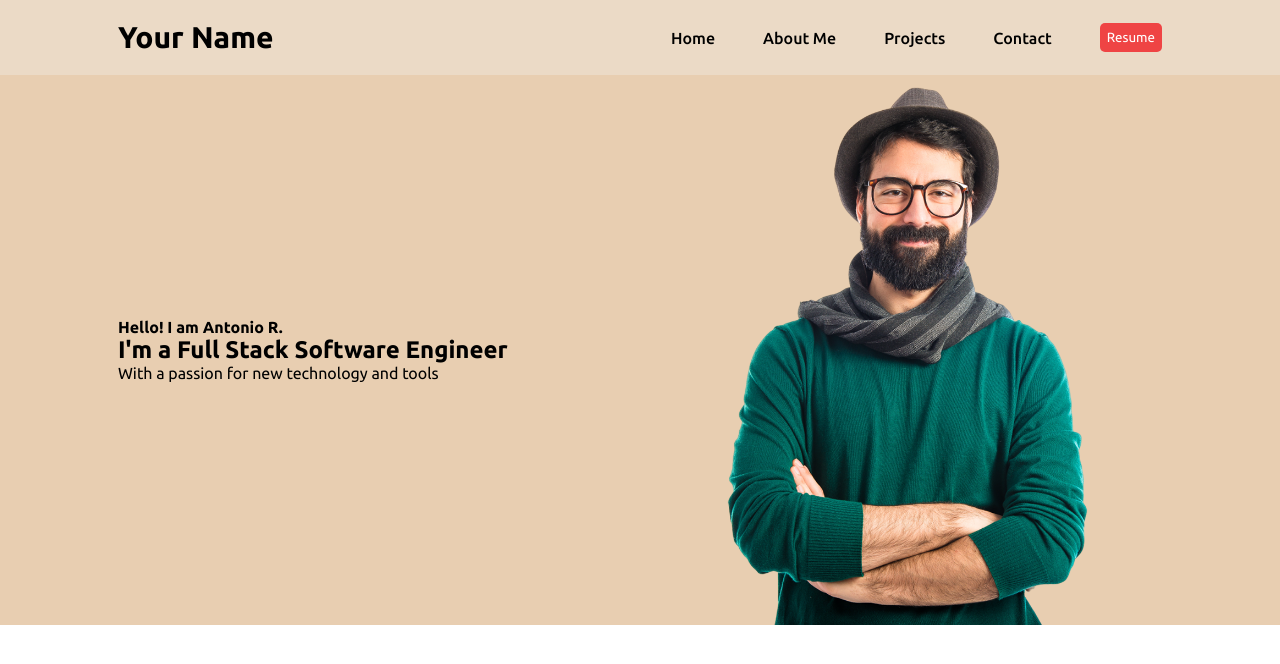
Repository: DevAntonioRogers/vanilla-portfolio
Page: index.html
These files come from the project's save history. The page is drawn as it stood at one moment and after the next save; the edit follows.
The browser window is 1280 px wide. The pictures show the whole page.

Above is the page before, as saved 2023-07-14 22:01:32.

After the next save:
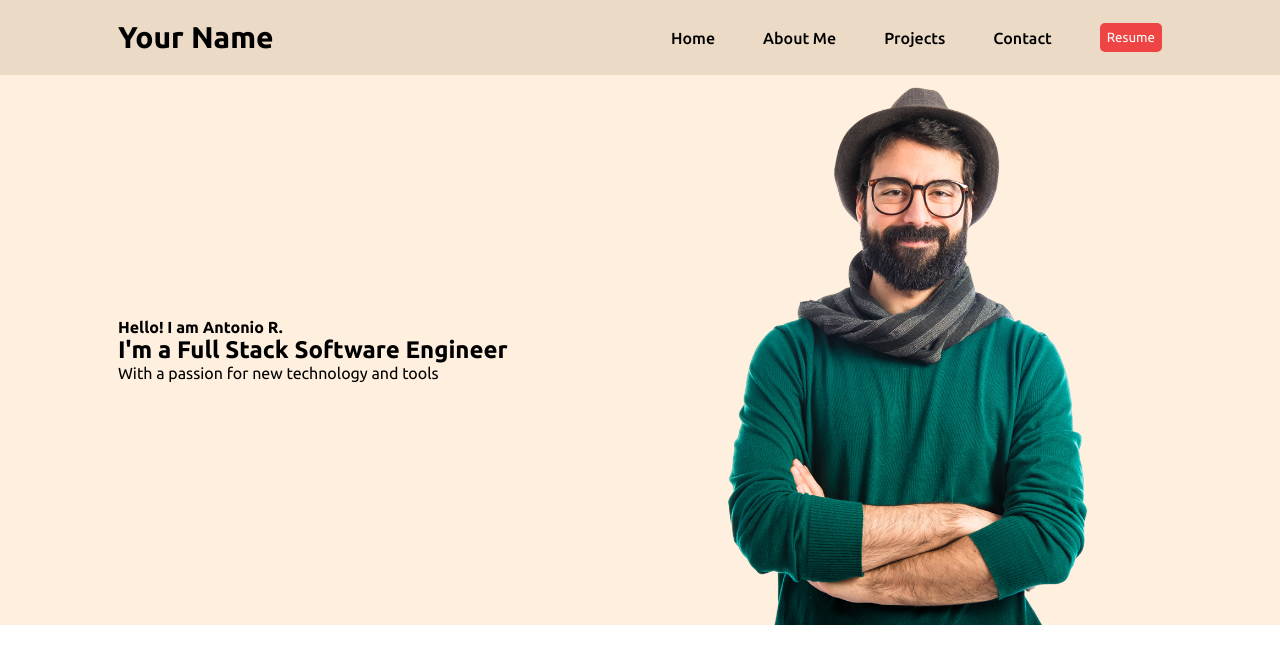
Saved 9 s later.
--- a/style.css
+++ b/style.css
@@ -61,7 +61,7 @@ nav {
 /* HERO STYLES */
 
 .hero {
-  background-color: #e8ceb1;
+  background-color: #feefde;
 }
 
 .hero-container {
